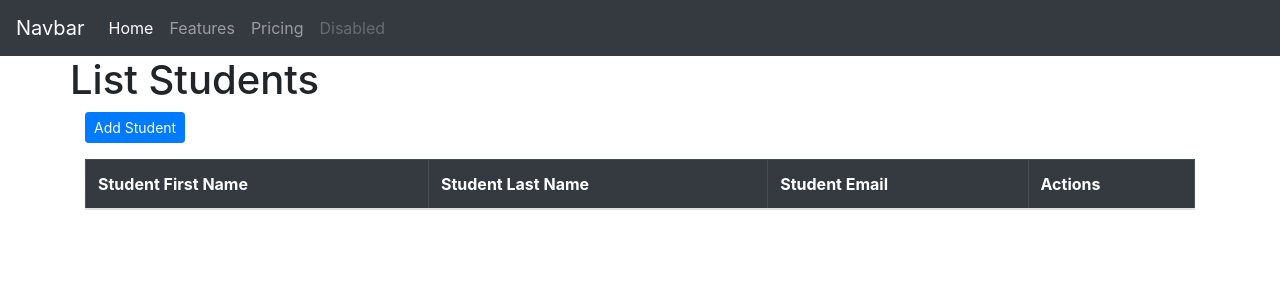
Repository: ahmedalimouhamed/springboot-projects
Page: http://localhost/students
The author's editor kept a copy of each file at every save. The page is drawn from the files as they stood at one save, then again after a run of saves.
The browser window is 1280 px wide. The pictures show the whole page.
The page is this project's Thymeleaf template; nobody is signed in. The template is opened directly, without the code that normally fills it, so the values that code supplies are empty.

Above is the page before, as saved 2023-08-11 16:46:20.

After the next 2 saves:
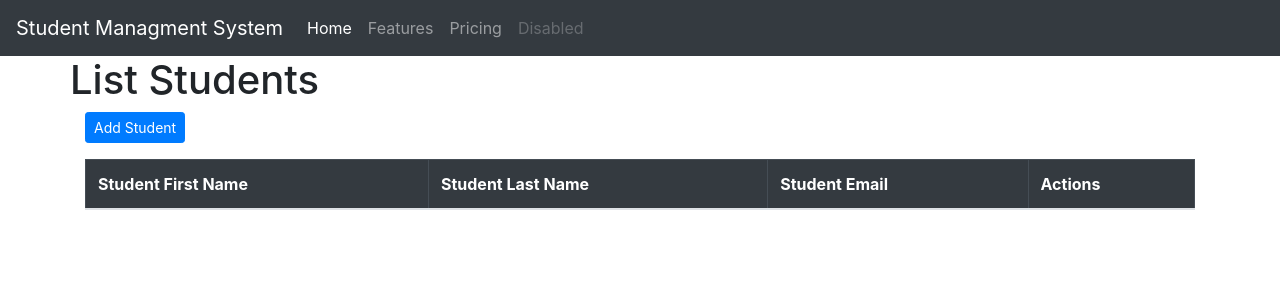
The 2 saves are shown as one change because they came seconds apart.
The last was saved 105 s later.
--- a/student-managment-system/src/main/resources/templates/students.html
+++ b/student-managment-system/src/main/resources/templates/students.html
@@ -10,7 +10,7 @@
 </head>
 <body>
 	<nav class="navbar navbar-expand-lg navbar-dark bg-dark">
-		<a class="navbar-brand" href="#">Navbar</a>
+		<a class="navbar-brand" href="#">Student Managment System</a>
 		<button class="navbar-toggler" type="button" data-toggle="collapse"
 			data-target="#navbarNav" aria-controls="navbarNav"
 			aria-expanded="false" aria-label="Toggle navigation">
